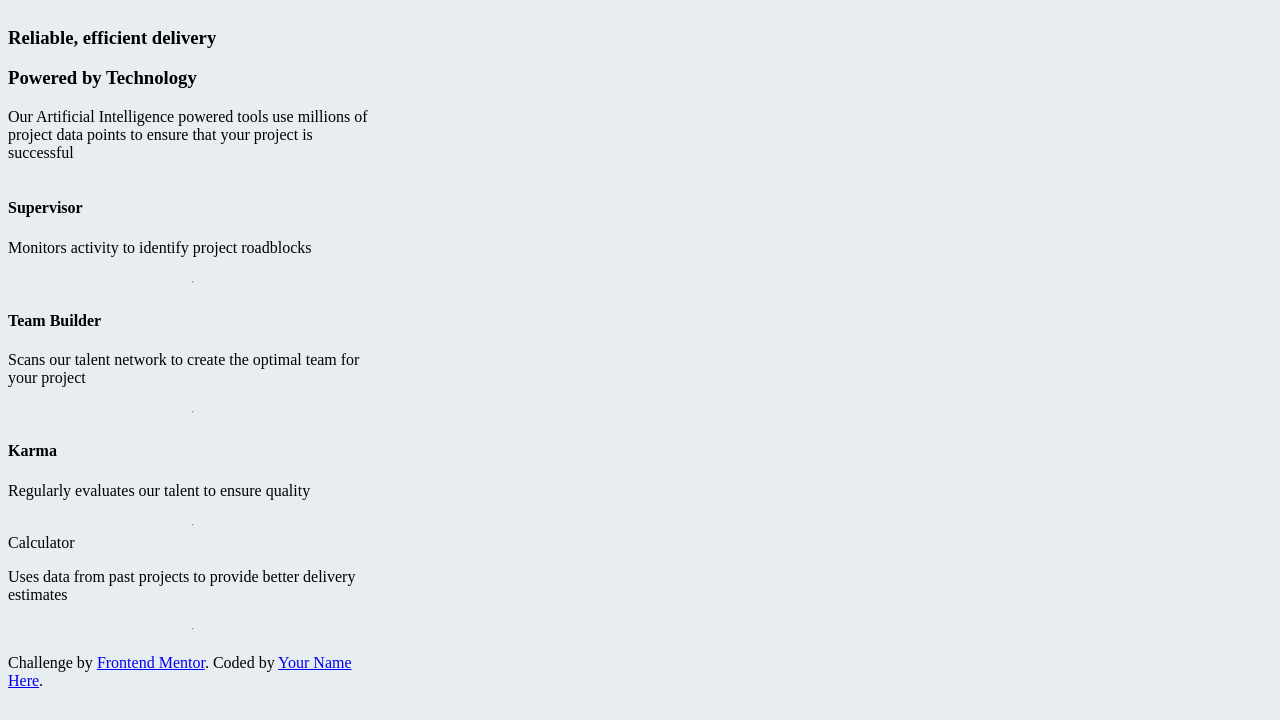
Repository: AngelaMwelu/four-card-page
Page: index.html
These files come from the project's save history. The page is drawn as it stood at one moment and after the next save; the edit follows.
The browser window is 1280 px wide. The pictures show the whole page.

Above is the page before, as saved 2025-05-15 15:14:20.

After the next save:
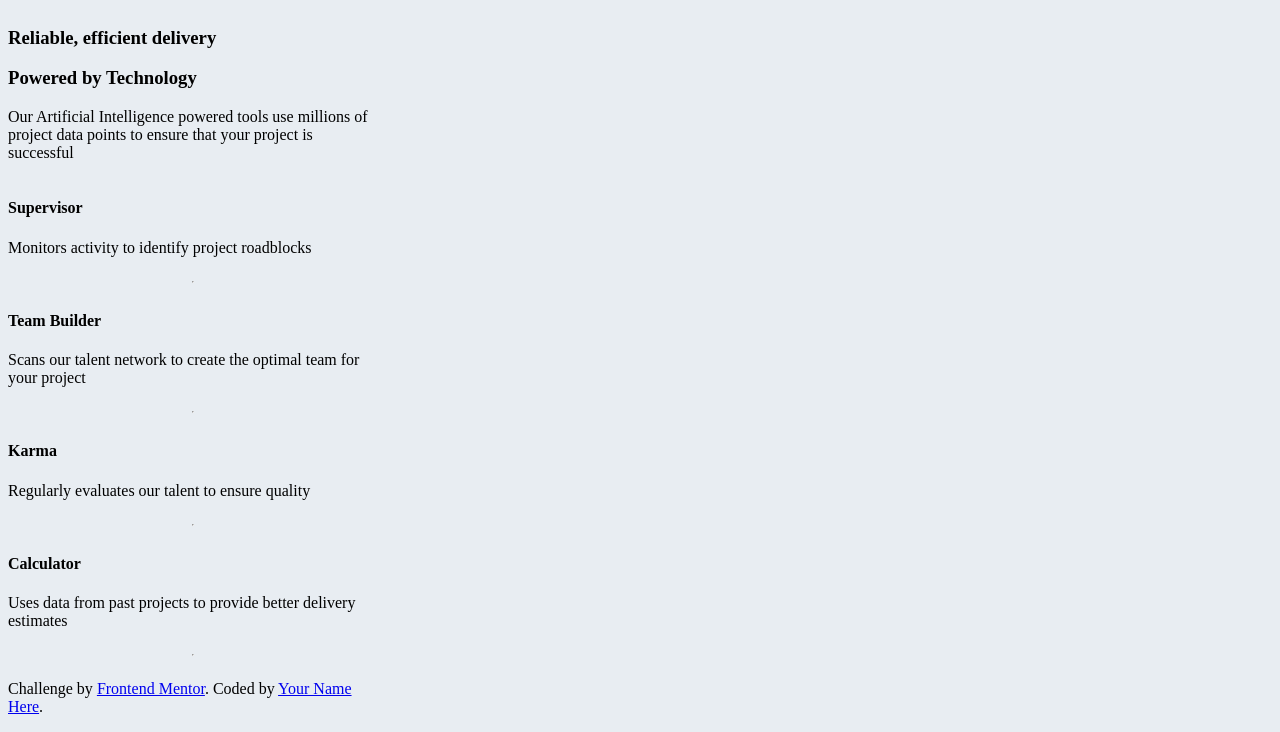
Saved 10 s later.
--- a/index.html
+++ b/index.html
@@ -48,7 +48,7 @@
     <hr clas="br3">
 
     <div class="Calculator">
-      </h4>Calculator</h4>
+      <h4>Calculator</h4>
       </p>Uses data from past projects to provide better delivery estimates</p>
     </div>
     <hr clas="br4">
